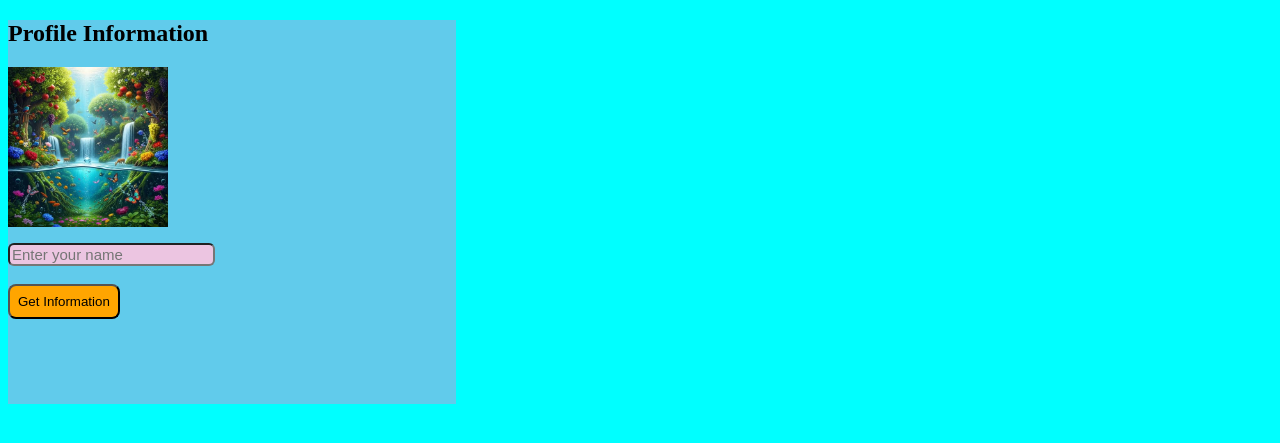
Repository: Amani-Kibet/express-app-web
Page: pages/contents/profile.html
The author's editor kept a copy of each file at every save. The page is drawn from the files as they stood at one save, then again after the next save.
The browser window is 1280 px wide. The pictures show the whole page.

Above is the page before, as saved 2025-09-28 17:06:54.

After the next save:
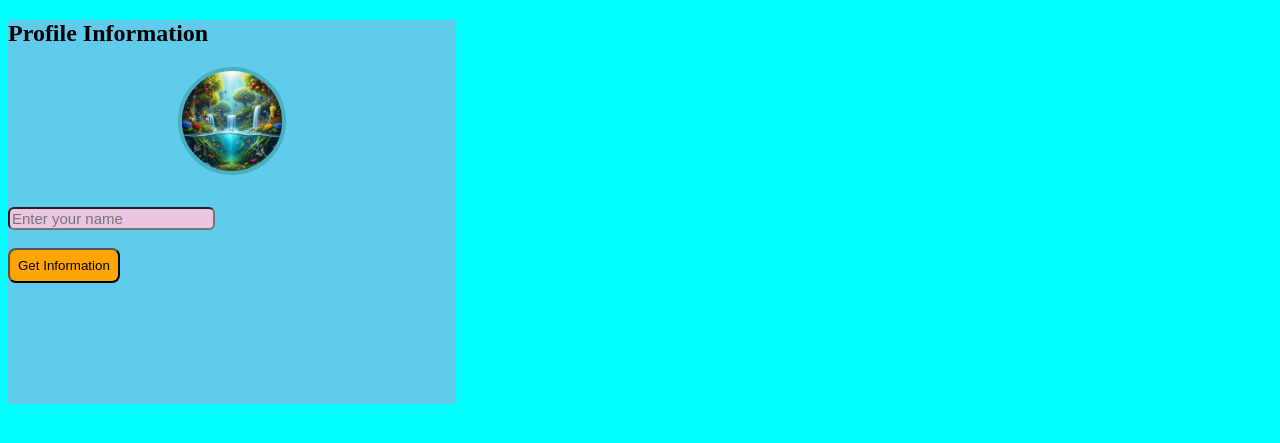
Saved 1 s later.
--- a/pages/contents/profile.html
+++ b/pages/contents/profile.html
@@ -10,11 +10,18 @@
             height: 24rem;
             width: 28rem
         }
-        #image{
-            background: url(/pictures/profilePic.jpg);
-            background-size: cover;
-            width: 10rem;
-            height: 10rem;
+        #image {
+            background: url(/pictures/profilePic.jpg) center/cover no-repeat;
+            width: 100px;
+            height: 100px;
+            margin: 0 auto 1rem auto;
+            border-radius: 50%;
+            border: 4px solid #48b1bf;
+            display: flex;
+            justify-content: center;
+            align-items: center;
+            color: white;
+            font-size: 0.8rem;
         }
         .labels{
             color: rgb(170, 10, 10);
